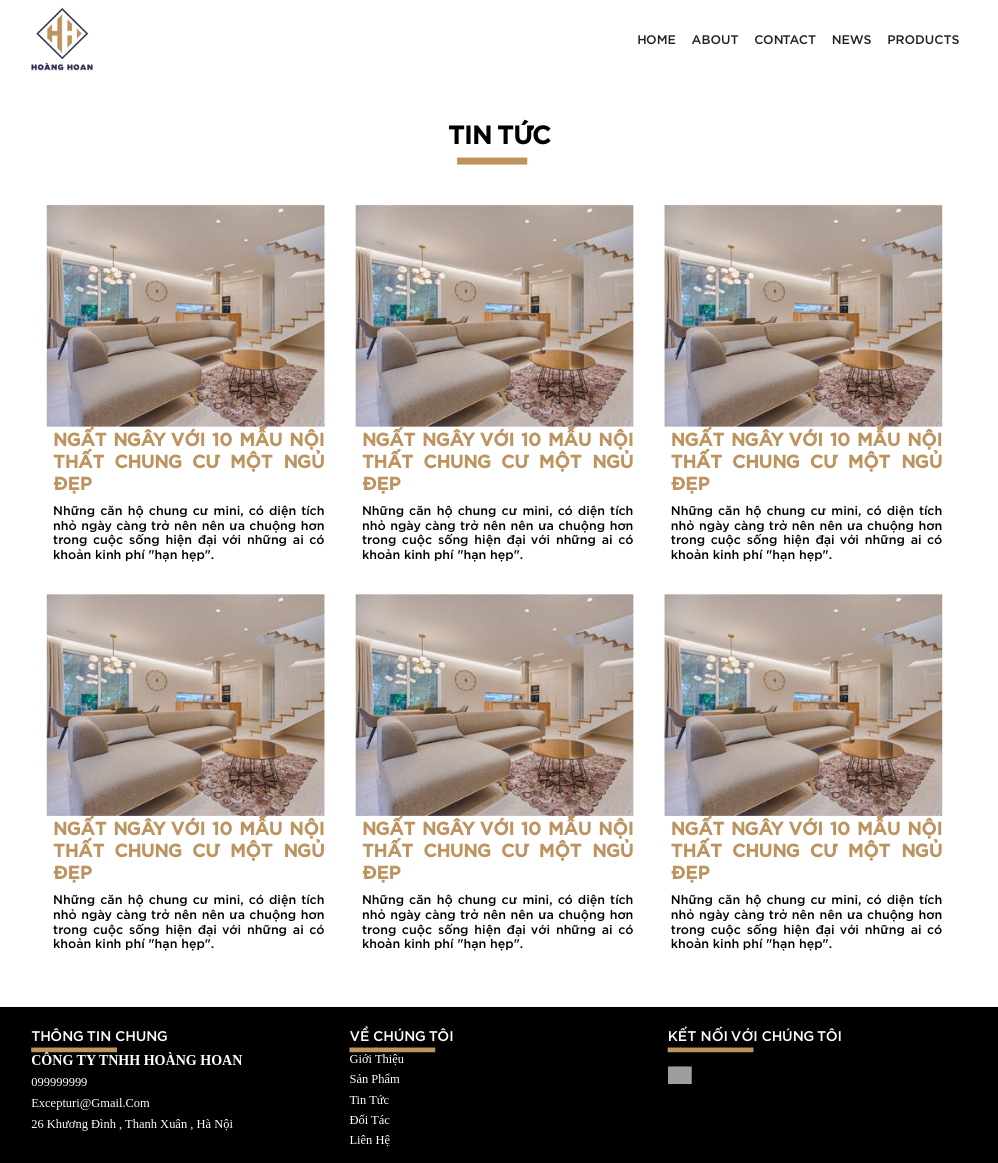
Repository: LDDUNG2003/prj_2
Page: /news
An editor plug-in stored every save of this project. The page is shown before and after the next save, followed by the edit.
The browser window is 1280 px wide. The pictures show the whole page, at 78% of full size.
Pictures or frames that could not be fetched are drawn as grey boxes. The project was rebuilt for these pictures with package versions that can differ from the ones it lists, and the page was loaded fresh each time. Also part of the build but not shown: src/font-awesome/index.js, src/pages/home/setProductSlick/index.js, src/pages/home/index.js, src/styles/css/contact.css, src/pages/contact/index.js, src/pages/notfoud/index.js.

Above is the page before, as saved 2023-09-22 09:38:42.

After the next save:
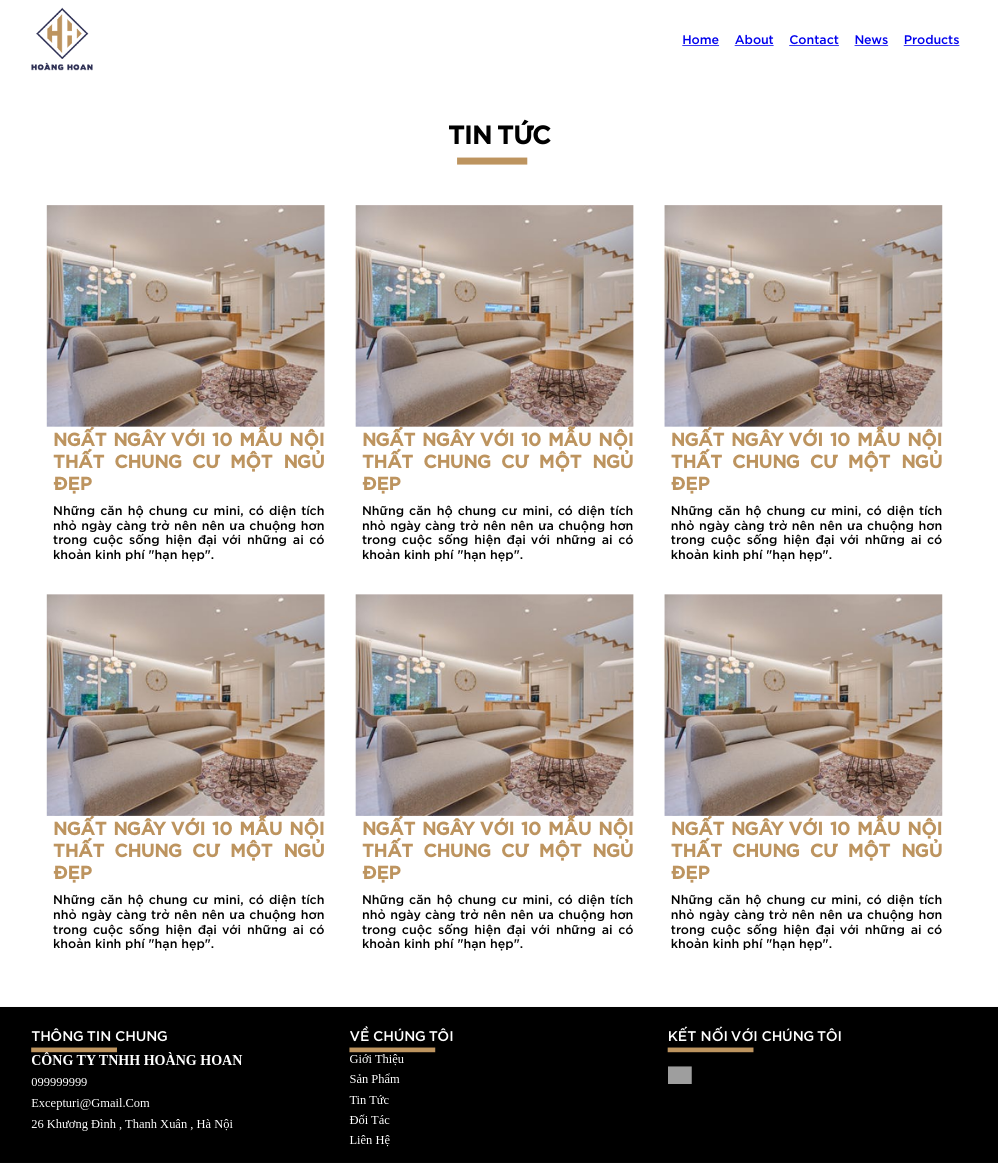
Saved 23 s later.
--- a/src/layouts/header/itemsHeader/index.js
+++ b/src/layouts/header/itemsHeader/index.js
@@ -6,7 +6,7 @@
     for (var i = 0; i < menuItem.length; i++) {
         menubar.push(
             <li onClick={clickLink} className="navBar__list-item" key={i}>
-                <Link className="navBar__list--link" to={menuItem[i]}>{menuItem[i]}</Link>
+                <Link className="navBar__list-link" to={menuItem[i]}>{menuItem[i]}</Link>
             </li>
         )
         console.log(menuItem[i])

After the save that followed:
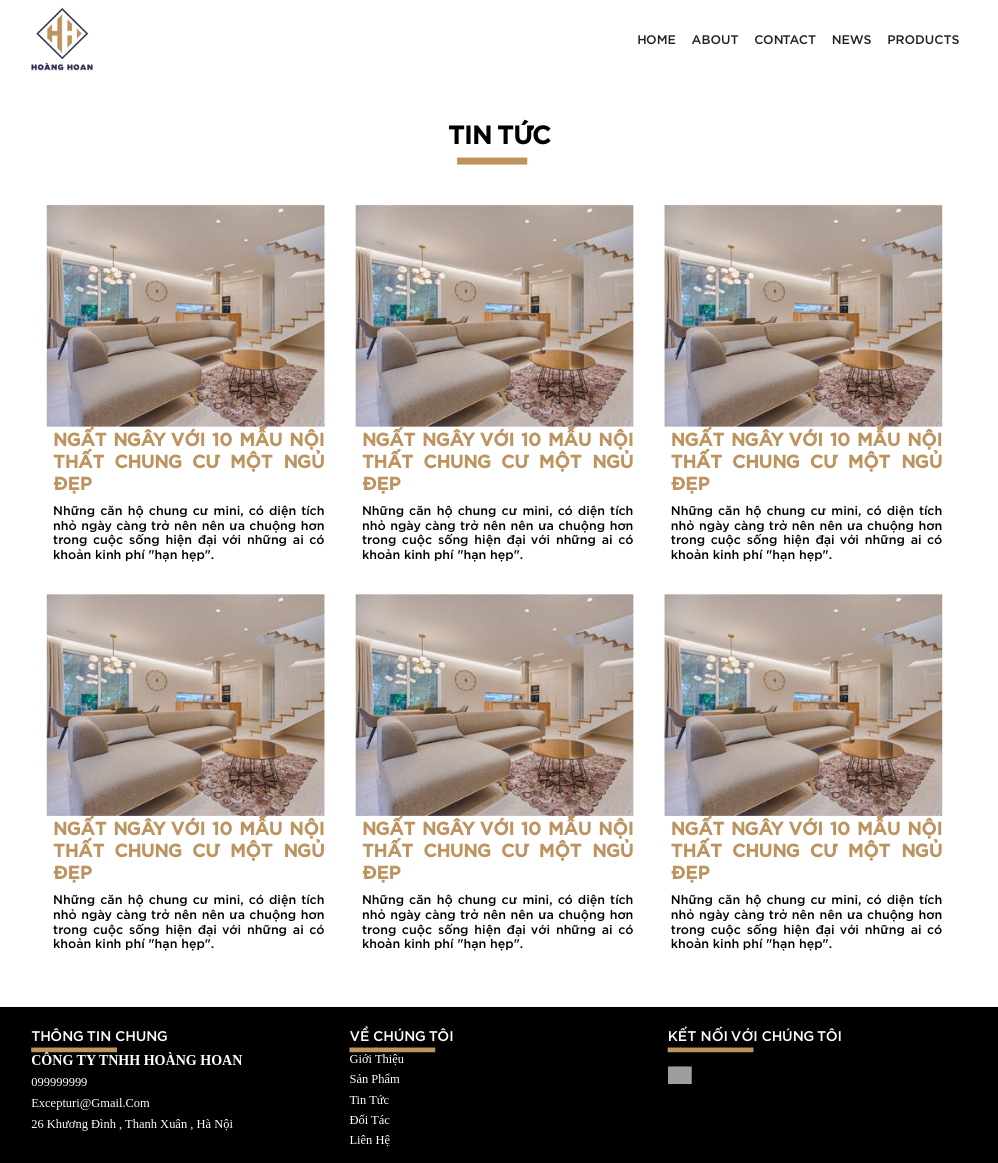
Saved 14 s later.
--- a/src/layouts/header/itemsHeader/index.js
+++ b/src/layouts/header/itemsHeader/index.js
@@ -6,7 +6,7 @@
     for (var i = 0; i < menuItem.length; i++) {
         menubar.push(
             <li onClick={clickLink} className="navBar__list-item" key={i}>
-                <Link className="navBar__list-link" to={menuItem[i]}>{menuItem[i]}</Link>
+                <Link className="navBar__list--link" to={menuItem[i]}>{menuItem[i]}</Link>
             </li>
         )
         console.log(menuItem[i])
